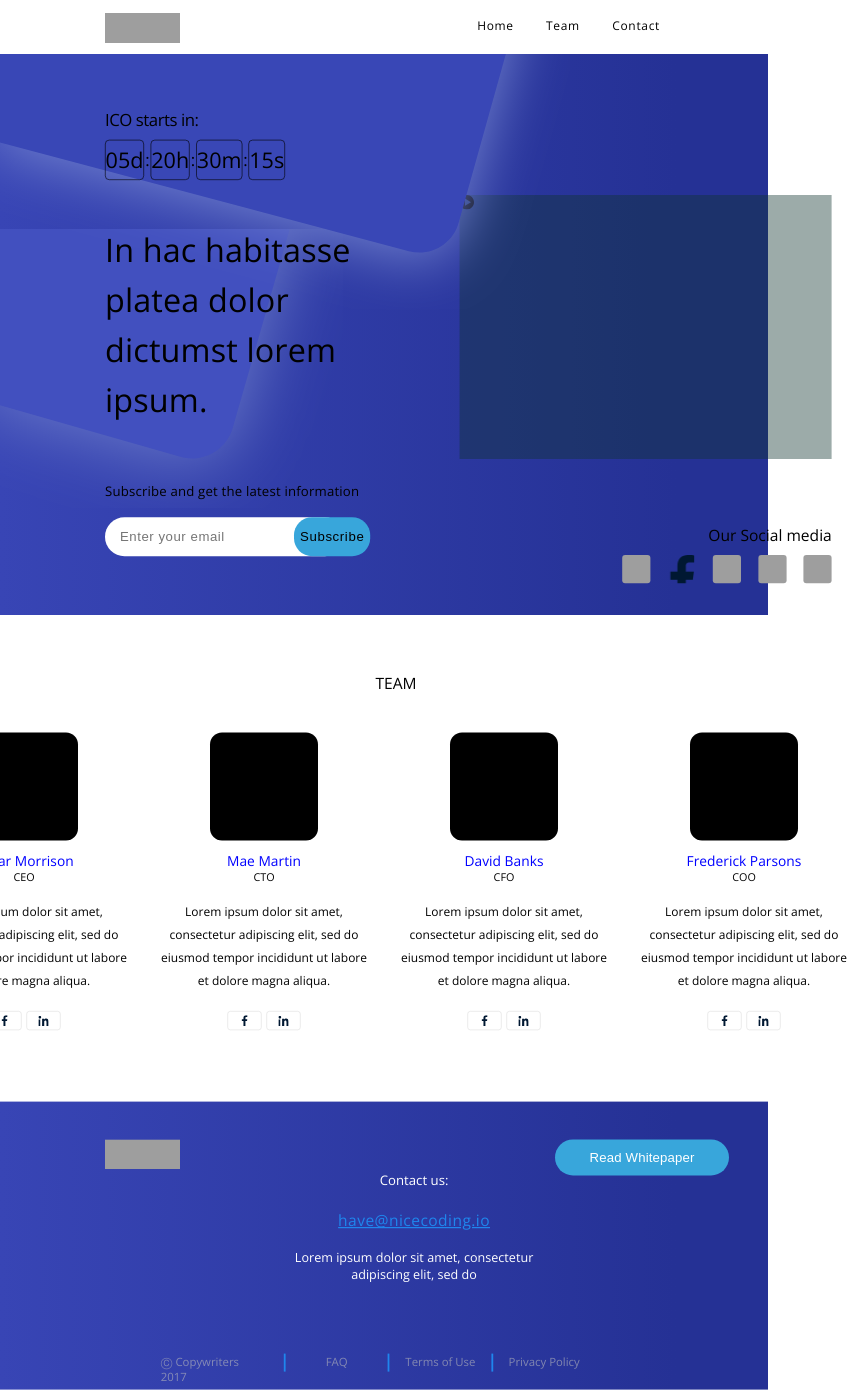
Repository: McGregorSt/newOne
Page: index.html
An editor plug-in stored every save of this project. The page is shown before and after the next save, followed by the edit.
The browser window is 1280 px wide. The page is 1440 px wide, so the pictures cover 1440 px, including what lies to the right of the window. The pictures show the whole page, at 60% of full size.
Pictures or frames that could not be fetched are drawn as grey boxes.

Above is the page before, as saved 2019-12-16 12:11:53.

### index.html
<!DOCTYPE html>
<html lang="en">
<head>
  <meta charset="UTF-8">
  <meta name="viewport" content="width=device-width, initial-scale=1.0">
  <meta http-equiv="X-UA-Compatible" content="ie=edge">
  <link rel="stylesheet" href="css/style.css">
  <link href="https://fonts.googleapis.com/css?family=Open+Sans:300,300i,400,400i,600,600i,700,700i,800,800i&display=swap" rel="stylesheet">
  <title>Ethworks</title>
</head>
<body>
  <div class="container">
    <section class="header">
      <div class="header__logo"></div>
      <ul class="header__menu">
        <li class="header__menu__item">Home</li>
        <li class="header__menu__item">Team</li>
        <li class="header__menu__item">Contact</li>
      </ul>
    </section>
    <section class="main">
      <div class="wrapper">
        <div class="subs">
          <div class="subs__timer">
            <span class="subs__timer__header">ICO starts in:</span>
            <div class="subs__timer__global">
              <div class="subs__timer__item">05d</div>
              <div class="subs__timer__item">:</div>
              <div class="subs__timer__item">20h</div>
              <div class="subs__timer__item">:</div>
              <div class="subs__timer__item">30m</div>
              <div class="subs__timer__item">:</div>
              <div class="subs__timer__item">15s</div>
            </div>
          </div>
          <div class="subs__article">In hac habitasse platea dolor dictumst lorem ipsum.</div>
          <div class="subs__email">
            <span class="subs__email__header">Subscribe and get the latest information</span>
            <div class="subs__email__content">
              <input type="email" class="subs__email__input" placeholder="Enter your email">
              <button type="submit" class="subs__email__button">Subscribe</button>
            </div>
          </div>
        </div>

      <div class="media">
        <div class="media__media">
          <div class="media__player">
            <svg xmlns="http://www.w3.org/2000/svg" width="24" height="24" viewBox="0 0 24 24"><path d="M12 0c-6.627 0-12 5.373-12 12s5.373 12 12 12 12-5.373 12-12-5.373-12-12-12zm-3 18v-12l10 6-10 6z"/></svg>
          </div>
          <div class="media__social">
            <span class="media__social__header">Our Social media</span>
            <div class="media__social__items">
              <div class="media__social__tt"></div>
              <div class="media__social__fb"></div>
              <div class="media__social__md"></div>
              <div class="media__social__gh"></div>
              <div class="media__social__mail"></div>
            </div>
          </div>
        </div>
    </div>
    </div>
    <div class="subs__subs"></div>
    </section>
    <section class="team">
      <div class="team__header">TEAM</div>
      <div class="team__cards">
        <div class="team__card">
          <div class="team__card__photo"></div>
          <div class="team__card__name">Edgar Morrison</div>
          <div class="team__card__title">CEO</div>
          <div class="team__card__description">Lorem ipsum dolor sit amet, consectetur adipiscing elit, sed do eiusmod tempor incididunt ut labore et dolore magna aliqua. </div>
          <div class="team__card__social">
            <div class="card__social__fb"></div>
            <div class="card__social__in"></div>
          </div>
        </div>
        <div class="team__card">
          <div class="team__card__photo"></div>
          <div class="team__card__name">Mae Martin</div>
          <div class="team__card__title">CTO</div>
          <div class="team__card__description">Lorem ipsum dolor sit amet, consectetur adipiscing elit, sed do eiusmod tempor incididunt ut labore et dolore magna aliqua. </div>
          <div class="team__card__social">
            <div class="card__social__fb"></div>
            <div class="card__social__in"></div>
          </div>
        </div>
        <div class="team__card">
          <div class="team__card__photo"></div>
          <div class="team__card__name">David Banks</div>
          <div class="team__card__title">CFO</div>
          <div class="team__card__description">Lorem ipsum dolor sit amet, consectetur adipiscing elit, sed do eiusmod tempor incididunt ut labore et dolore magna aliqua.</div>
          <div class="team__card__social">
            <div class="card__social__fb"></div>
            <div class="card__social__in"></div>
          </div>
        </div>
        <div class="team__card">
          <div class="team__card__photo"></div>
          <div class="team__card__name">Frederick Parsons</div>
          <div class="team__card__title">COO</div>
          <div class="team__card__description">Lorem ipsum dolor sit amet, consectetur adipiscing elit, sed do eiusmod tempor incididunt ut labore et dolore magna aliqua.</div>
          <div class="team__card__social">
            <div class="card__social__fb"></div>
            <div class="card__social__in"></div>
          </div>
        </div>
      </div>
    </section>
    <section class="footer">
      <div class="footer__main">
        <div class="footer__main__logo"></div>
        <div class="footer__main__contact">
          <span>Contact us:</span>
          <span><a href="mailto:#">have@nicecoding.io</a></span>
          <span>Lorem ipsum dolor sit amet, consectetur adipiscing elit, sed do</span>
        </div>
        <div class="footer__main__whitepaper">
          <a href="#">
            <button type="button" class="header__whitepaper__button">Read Whitepaper</button>
          </a>
        </div>
      </div>
      <div class="footer__menu">
        <div class="footer__menu__item">
          <span>&#9400 Copywriters 2017</span>
        </div>
        <div class="footer__menu__separator"></div>
        <div class="footer__menu__item">
          <a href="#">FAQ</a>
        </div>
        <div class="footer__menu__separator"></div>
        <div class="footer__menu__item">
          <a href="#">Terms of Use</a>
        </div>
        <div class="footer__menu__separator"></div>
        <div class="footer__menu__item">
          <a href="#">Privacy Policy</a>
        </div>
      </div>
    </section>
  </div>
</body>
<script src="js/app.js">


</script>
</html>

### css/style.css
body {
  margin: 0;
  padding: 0;
  box-sizing: border-box;
  font-family: 'Open Sans', sans-serif;
  overflow-y: scroll;
}
/* section header */
.header {
  height: 95px;
  margin: auto;
  margin-top: -5px;
  display: flex;
  justify-content: space-between;
  align-items: center;
  padding: 0 180px;
}
.header__logo {
  width: 125px;
  height: 50px;
  background-image: url('../Assets/logo/dark.svg');
  background-size: cover;
  position: relative;
  left: -5px;
  top: 3px;
}
.header__menu {
  list-style: none;
  display: flex;
  letter-spacing: 1.1px;
  /* font-weight: 300; */
  /* justify-content: space-between; */
  font-size: 20px;
}
.header__menu__item {
  padding: 0 0 0 54px;
}

/* .wrapper {
  position: relative;
  z-index: 100;
} */
/* section main */
.main {
  height: 935px;

}
.main {
  /* background: rgb(56,69,181); */
  background: linear-gradient(90deg, rgba(56,69,181,1) 0%, rgba(37,49,149,1) 88%);

  /* background-image: url('../Assets/BG/Shape1@1x.svg');
  background-repeat: no-repeat;
  background-size: 75%;
  background-position-y: -95px;
  background-position-x: -10px;
  position: relative;
  z-index: 2; */
}
.wrapper {
  display: flex;
  position: relative;

}

.wrapper:after {
  content: "";
  width: 100%;
  height: 100%;
  background-image: url('../Assets/BG/Shape1@1x.svg');
  background-repeat: no-repeat;
  background-size: 75%;
  background-position-y: -95px;
  background-position-x: -10px;
  position: absolute;
  z-index: 10;
  /* filter: url('../Assets/BG/Shape1@1x.svg#filter-2')  */
}

.subs {

  width: 50%;
  font-size: 28px;
  display: flex;
  flex-direction: column;
  padding: 90px 0 60px 175px;
  position: relative;
  z-index: 99;
}
.subs__subs {
  /* width: 50%; */
  height: 800px;
  background-image: url('../Assets/BG/Shape2@1x.svg');
  background-size: 47%;
  top: -730px;
  left: -200px;
  background-position-y: -260px;
  background-position-x: 170px;
  background-repeat: no-repeat;
  position: relative;
  z-index: 1;
  /* filter: url('../Assets/BG/Shape2@1x.svg#filter-2') */
}
.subs__timer {
  /* background-color: thistle; */
  position: relative;
  z-index: 1;
}
.subs__timer__header {
  letter-spacing: -0.8px;
}
.subs__timer__global {
  width: 56.4%;
  display: flex;
  justify-content: space-between;
  padding: 15px 0 40px 0 ;
}
.subs__timer__item {
  width: 88px;
  height: 65px;
  display: flex;
  justify-content: center;
  align-items: center;
}
.subs__timer__item:nth-child(2n+2) {

}
.subs__timer__item:nth-child(2n+1) {
  width: 40%;
  border: 1px solid #000;
  font-size: 36px;
  border-radius: 7px;
}
.subs__article {
  font-size: 54px;
  letter-spacing: 0.2px;
  line-height: 83px;
  padding: 35px 0;
  /* background-color: wheat; */

}
.subs__email {
  /* background-color: yellow; */
  display: flex;
  flex-direction: column;
  font-size: 22px;
  letter-spacing: 0.3px;
  padding: 60px 0;
}
.subs__email__content {
  /* background-color: yellowgreen; */
  height: 100px;
  padding: 30px 0;
}
.subs__email__input {
  height: 63%;
  width: 70%;
  border-radius: 40px;
  font-size: 22px;
  padding-left: 25px;
  letter-spacing: 0.9px;
  outline: none;
  border: 0;
}
.subs__email__input::placeholder {
  /* padding-left: 25px; */
}
.subs__email__button {
  height: 65%;
  width: 24%;
  background-color:#38A6DB;
  margin-left: -90px;
  font-size: 22px;
  letter-spacing: 1.05px;
  border: 0;
  border-radius: 30px;
}

.media {
  /* height: 80%; */
  width: 50%;
  /* background-color: tomato; */
}
.media__media {
  height: 100%;
  /* display: flex;
  flex-direction: column; */
  /* justify-content: space-around; */
  padding: 235px 0 0 60px;
}
.media__player {
  width: 620px;
  height: 440px;
  background-color: rgba(15, 51, 47, 0.411);
}
.media__social {
  width: 620px;
  height: 23%;
  display: flex;
  flex-direction: column;
  align-items: flex-end;
  justify-content: center;
  /* background-color: orangered; */
}
.media__social__header {
  font-size: 26px;
  padding: 80px 0 16px 0;

}
.media__social__items {
  width: 56.3%;
  display: flex;
  justify-content: space-between;
}
div.media__social__items > div {
  width: 47px;
  height: 47px;
  /* background-color: olivedrab; */
  border-radius: 5px;
}
.media__social__tt {
  background-image: url('../Assets/Social icons/Twitter@1x.svg');
  background-size: cover;
}
.media__social__fb {
  background-image: url('../Assets/Social icons/Facebook@1x.svg');
  background-size: cover;
}
.media__social__md {
  background-image: url('../Assets/Social icons/Medium@1x.svg');
  background-size: cover;
}
.media__social__gh {
  background-image: url('../Assets/Social icons/Github@1x.svg');
  background-size: cover;
}
.media__social__mail {
  background-image: url('../Assets/Social icons/Telegram@1x.svg');
  background-size: cover;
}


/*
section team
*/

.team {
  display: flex;
  flex-direction: column;
  align-items: center;
  padding: 95px 0 50px 0;
}
.team__header {
  font-size: 26px;
  position: relative;
  left: 20px;
}
.team__cards {
  display: flex;
  justify-content: space-between;
  padding: 60px 0;
}
.team__card {
  height: 500px;
  width: 360px;
  display: flex;
  flex-direction: column;
  justify-content: space-between;
  align-items: center;
  margin: 0 10px;
  /* background-color: palegreen; */
  padding: 5px 10px
}
.team__card__photo {
  width: 180px;
  height: 180px;
  border-radius: 20px;
  background-color: black;

}
.team__card__name {
  font-size: 23px;
  color: blue;
  /* position: relative;
  top: -10px; */
}
.team__card__title {
  font-size: 18px;
  position: relative;
  top: -20px;
}
.team__card__description {
  font-size: 20px;
  text-align: center;
  line-height: 38px;
  position: relative;
  top: -10px;
  padding: 0 5px;
}
.team__card__social {
  display: flex;
  justify-content: space-between;
}
.team__card__social > * {
  width: 55px;
  height: 30px;
  border: 1px solid #ddd;
  border-radius: 5px;
  margin: 4px;
}
.card__social__fb {
  background-image: url('../Assets//Profil/Facebook@1x.svg');
  background-position: center center;
  background-size:20%;

  background-repeat: no-repeat;
}
.card__social__in {
  background-image: url('../Assets//Profil/linkedin@1x.svg');
  background-position: center center;
  background-size:30%;
  background-repeat: no-repeat;

}




/*
section footer
*/

.footer {
  /* display: flex;
  flex-direction: column;
  align-items: center; */
  color: white;
  background: linear-gradient(90deg, rgba(56,69,181,1) 0%, rgba(37,49,149,1) 88%);
}
.footer__main {
  height: 410px;
  display: flex;
  justify-content: space-between;
  padding: 0 180px;
}

/* .footer__header {
  height: 123px;
  width: 100%;
  background-color: cornflowerblue;
  display: flex;
  justify-content: space-between;
  align-items: center;
} */
.footer__main__logo {
  width: 10%;
  margin-top: 60px;
  width: 125px;
  height: 50px;
  background-image: url('../Assets/logo/Light.svg');
  background-size: cover;
  position: relative;
  left: -5px;
  top: 3px;

}
.footer__main__contact {
  width: 500px;
  height: 290px;
  /* background-color: crimson; */
  align-self: flex-end;
  display: flex;
  flex-direction: column;
  align-items: center;
  position: relative;
  left: 90px;
}
.footer__main__whitepaper {
  width: 19%;
  /* background-color: darkgreen; */
  padding-top: 33px;
}
.footer__menu {
  height: 60px;
  /* background-color: darkgoldenrod; */
  width:55%;
  margin: auto;
  font-size: 19px;
  display: flex;
  justify-content: space-between;
  padding-top: 10px;
}
.header__whitepaper__button {
  height: 60px;
  width: 290px;
  background-color:#38A6DB;
  font-size: 22px;
  letter-spacing: 0.25px;
  border: 0;
  border-radius: 30px;
  position: relative;
  top: 30px;
  color: white;
}
.footer__main__contact > span {
  margin-bottom: 40px;
  font-size: 22px;
  text-align: center;
  position: relative;
  top: -5px;
  left: -15px;
}
.footer__main__contact > span > a {
  font-size: 26px;
  color: #1F86ED;
  letter-spacing: 0.7px;
  position: relative;
  top: -6px;
}
.footer__main__contact > span:last-child {
  font-size: 21px;
  top: -20px;
}
.footer__menu {

}
.footer__menu__item {
  width: 25%;
  display: flex;
  justify-content: center;
  color: rgba(189, 189, 189, 0.6);
}
.footer__menu__item > a {
  text-decoration: none;
  color: rgba(189, 189, 189, 0.6);
}
.footer__menu__item:first-child {
  padding-right: 35px;
  margin-left: -20px;

}
.footer__menu__separator {
  width: 3px;
  height: 30px;
  background-color: #1F86ED;
}

### js/app.js
let chi = document.querySelectorAll('.subs__timer__global:nth-child(2n+1)')
console.log(chi)

### Assets/BG/Shape1@1x.svg
<?xml version="1.0" encoding="UTF-8"?>
<svg width="1072px" height="582px" viewBox="0 0 1072 582" version="1.1" xmlns="http://www.w3.org/2000/svg" xmlns:xlink="http://www.w3.org/1999/xlink">
    <!-- Generator: Sketch 47.1 (45422) - http://www.bohemiancoding.com/sketch -->
    <title>BG/Shape1@1x</title>
    <desc>Created with Sketch.</desc>
    <defs>
        <path d="M982.285156,102 L982.285156,370.03125 L210.193802,575.356423 L210.193802,575.356423 C169.990097,586.047947 128.661819,562.429109 117.465781,522.362973 L-9.09494702e-13,102 L982.285156,102 Z" id="path-1"></path>
        <filter x="-16.7%" y="-32.3%" width="133.5%" height="169.1%" filterUnits="objectBoundingBox" id="filter-2">
            <feOffset dx="0" dy="11" in="SourceAlpha" result="shadowOffsetOuter1"></feOffset>
            <feGaussianBlur stdDeviation="53" in="shadowOffsetOuter1" result="shadowBlurOuter1"></feGaussianBlur>
            <feColorMatrix values="0 0 0 0 0.164705882   0 0 0 0 0.219607843   0 0 0 0 0.615686275  0 0 0 1 0" type="matrix" in="shadowBlurOuter1"></feColorMatrix>
        </filter>
    </defs>
    <g id="Page-1" stroke="none" stroke-width="1" fill="none" fill-rule="evenodd">
        <g id="FRONTENT-ZADANIE2">
            <g id="//BG" transform="translate(0.000000, -102.000000)">
                <g id="header-bg">
                    <g id="Rectangle">
                        <g id="BG/Shape1" transform="translate(491.142578, 339.963586) scale(-1, 1) translate(-491.142578, -339.963586) ">
                            <use fill="black" fill-opacity="1" filter="url(#filter-2)" xlink:href="#path-1"></use>
                            <use fill="#3947B6" fill-rule="evenodd" xlink:href="#path-1"></use>
                        </g>
                    </g>
                </g>
            </g>
        </g>
    </g>
</svg>

After the next save:
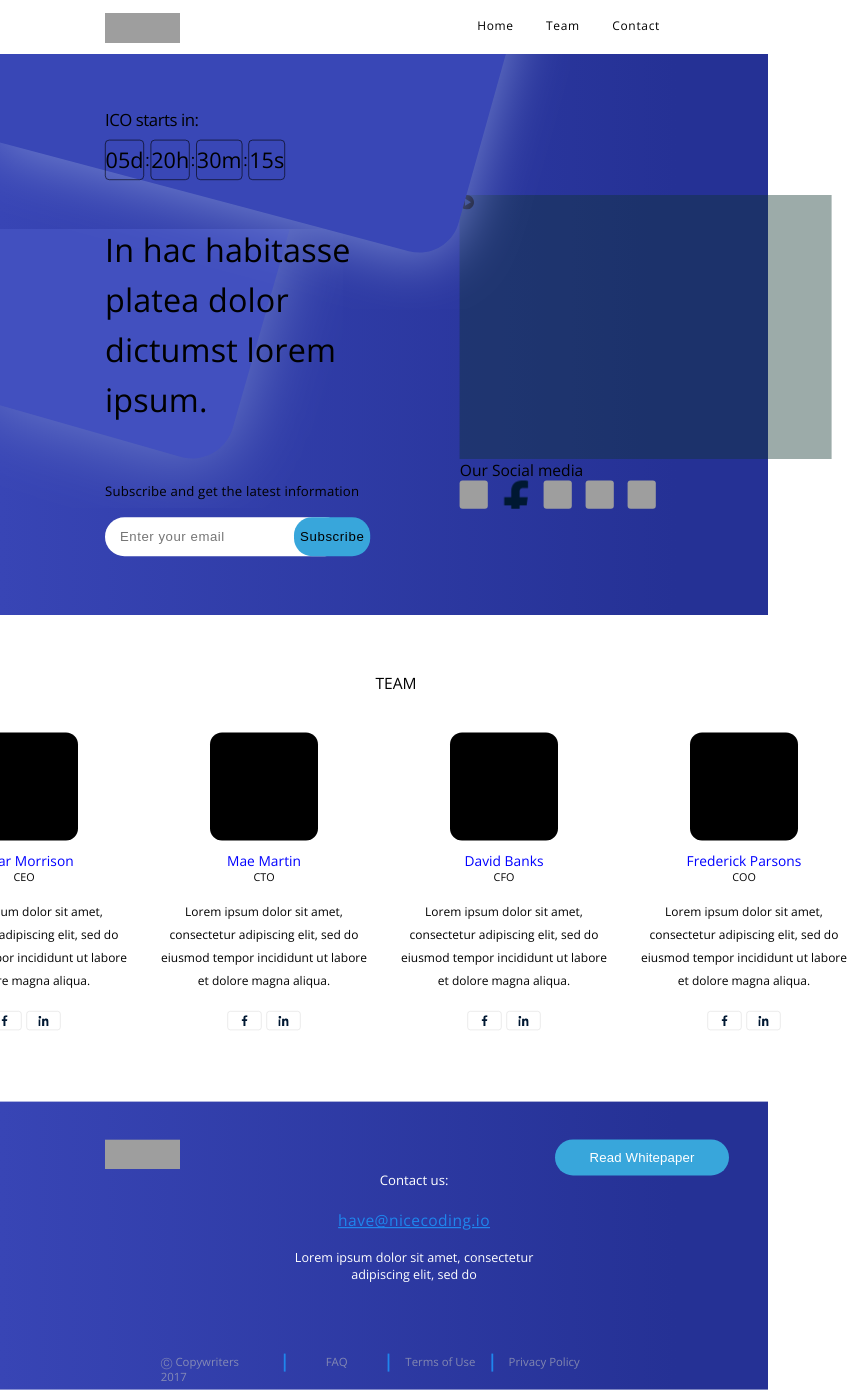
Saved 40 s later.
--- a/css/style.css
+++ b/css/style.css
@@ -193,6 +193,7 @@
   height: 440px;
   background-color: rgba(15, 51, 47, 0.411);
 }
+.media__player
 .media__social {
   width: 620px;
   height: 23%;

After the save that followed:
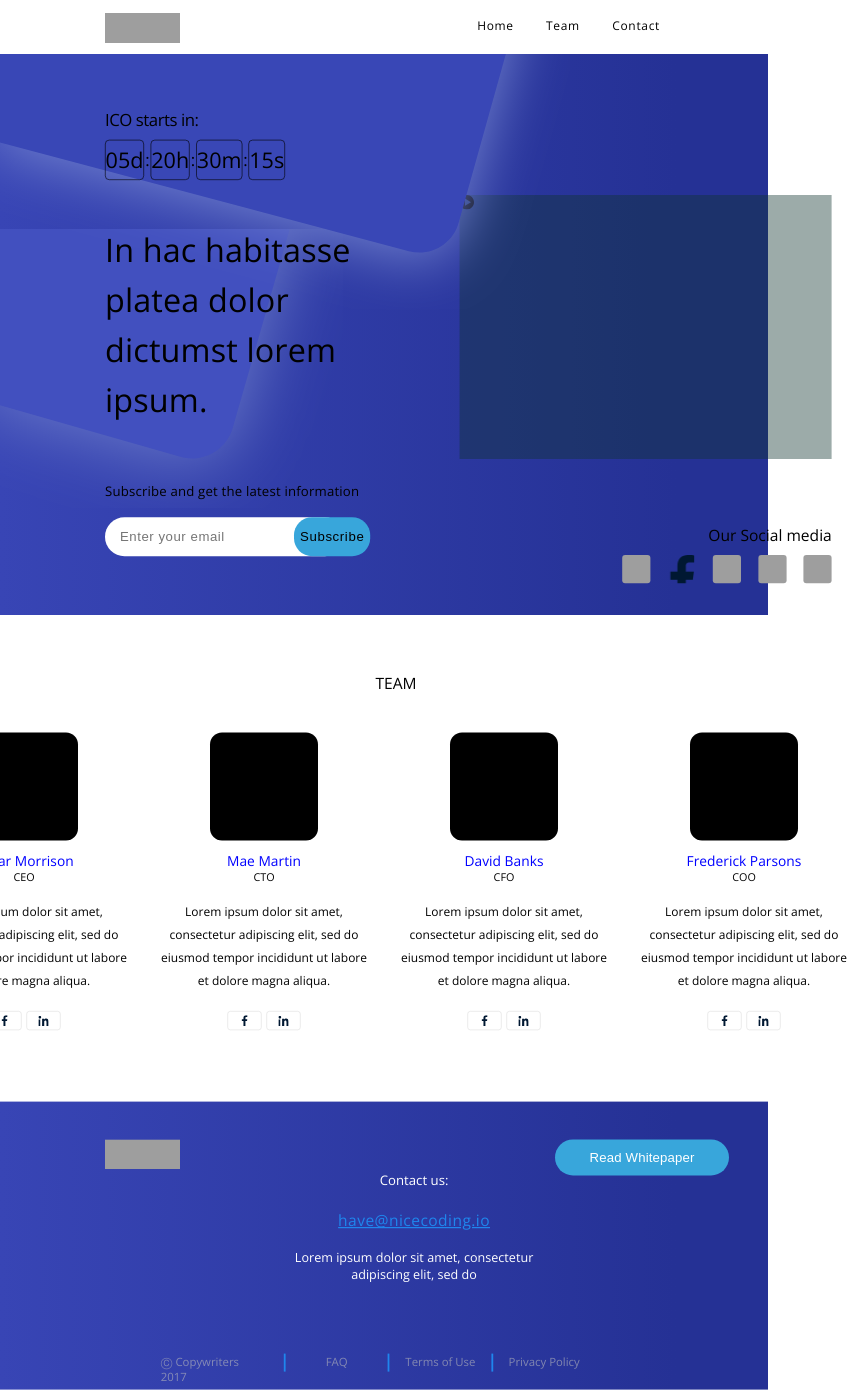
Saved 4 s later.
--- a/css/style.css
+++ b/css/style.css
@@ -193,7 +193,9 @@
   height: 440px;
   background-color: rgba(15, 51, 47, 0.411);
 }
-.media__player
+.media__player svg {
+
+}
 .media__social {
   width: 620px;
   height: 23%;
